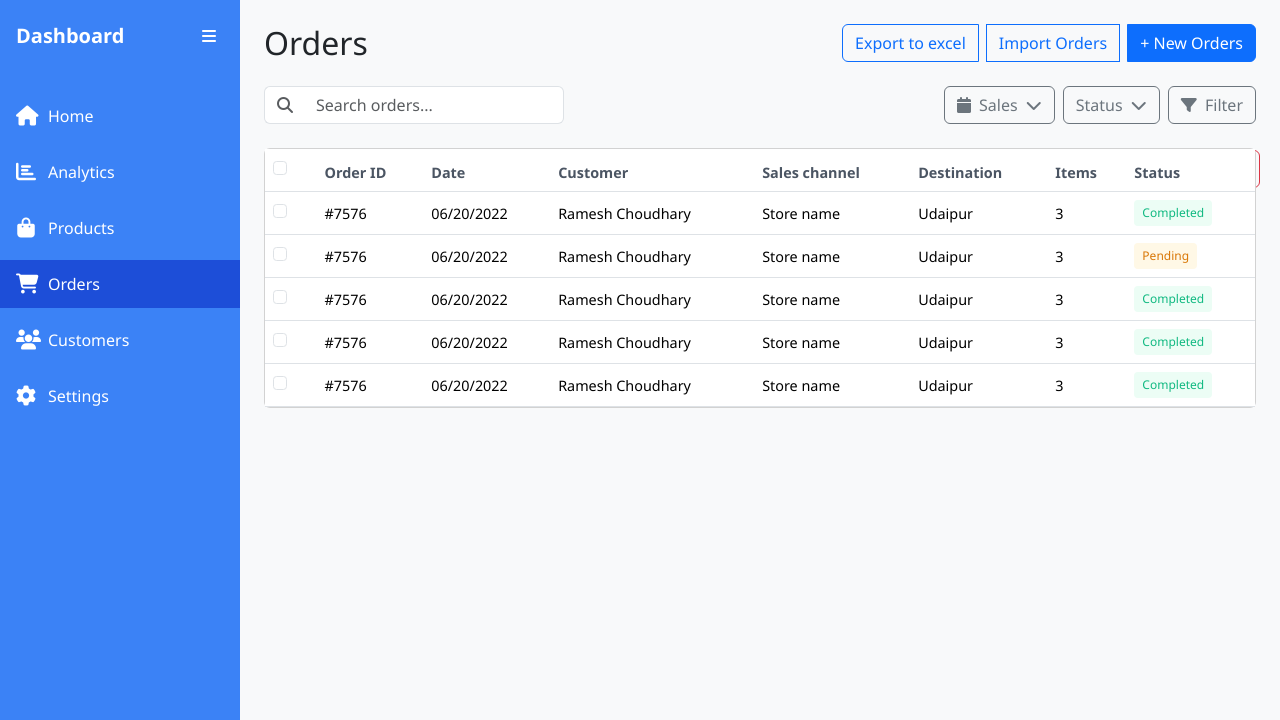
Repository: AditiAjitSalvi/Inventory_Managment
Page: Inventory_Managment_System/Inventory/src/main/webapp/Order.html
These files come from the project's save history. The page is drawn as it stood at one moment and after the next save; the edit follows.
The browser window is 1280 px wide. The pictures show the whole page.

Above is the page before, as saved 2025-05-22 16:02:16.
Console error: TypeError: Cannot read properties of null (reading 'getContext')

### Inventory_Managment_System/Inventory/src/main/webapp/Order.html

<!DOCTYPE html>
<html lang="en">
<head>
<meta charset="UTF-8">
<meta name="viewport" content="width=device-width, initial-scale=1.0">
<title>Orders</title>
<!-- Bootstrap CSS -->
<link
	href="https://cdn.jsdelivr.net/npm/bootstrap@5.3.2/dist/css/bootstrap.min.css"
	rel="stylesheet">
<!-- Font Awesome for icons -->
<link rel="stylesheet"
	href="https://cdnjs.cloudflare.com/ajax/libs/font-awesome/6.4.2/css/all.min.css">
<!-- Custom CSS -->
<style>
/* Main Layout */
body {
	margin: 0;
	padding: 0;
	background-color: #f8f9fa;
	font-family: 'Segoe UI', Tahoma, Geneva, Verdana, sans-serif;
}

.dashboard-container {
	display: flex;
	min-height: 100vh;
}

/* Sidebar Styles */
.sidebar {
	width: 240px;
	background-color: #3b82f6; /* Blue 600 equivalent */
	color: white;
	transition: all 0.3s ease-in-out;
	display: flex;
	flex-direction: column;
}

.sidebar.collapsed {
	width: 64px;
}

.sidebar-header {
	display: flex;
	justify-content: space-between;
	align-items: center;
	padding: 16px;
}

.sidebar-title {
	font-size: 1.25rem;
	font-weight: bold;
	margin: 0;
}

.sidebar-toggle {
	background: transparent;
	border: none;
	color: white;
	cursor: pointer;
	padding: 8px;
}

.sidebar-toggle:hover {
	background-color: rgba(255, 255, 255, 0.1);
	border-radius: 4px;
}

.sidebar-menu {
	display: flex;
	flex-direction: column;
	padding-top: 16px;
}

.sidebar-link {
	display: flex;
	align-items: center;
	padding: 12px 16px;
	text-decoration: none;
	color: white;
	margin: 4px 0;
	transition: background-color 0.2s;
}

.sidebar-link:hover {
	background-color: #2563eb; /* Blue 700 equivalent */
	color: white;
}

.sidebar-link.active {
	background-color: #1d4ed8; /* Blue 800 equivalent */
	color: white;
}

.sidebar-link i {
	font-size: 1.25rem;
	width: 20px;
	text-align: center;
}

.sidebar-link .link-text {
	margin-left: 12px;
	white-space: nowrap;
}

.sidebar.collapsed .sidebar-title, .sidebar.collapsed .link-text {
	display: none;
}

/* Main Content */
.main-content {
	flex: 1;
	padding: 24px;
	overflow-y: auto;
}

/* Stat Cards */
.stat-card {
	border-radius: 8px;
	border: 1px solid rgba(0, 0, 0, 0.125);
	box-shadow: 0 1px 3px rgba(0, 0, 0, 0.1);
}

.stat-icon {
	font-size: 1.25rem;
	color: #6b7280; /* Text muted equivalent */
}

.stat-title {
	font-size: 0.875rem;
	color: #6b7280; /* Text muted equivalent */
	margin-bottom: 4px;
}

.stat-value {
	font-size: 1.5rem;
	font-weight: bold;
	margin: 0;
}

/* Chart Container */
.chart-container {
	height: 320px;
	width: 100%;
}

/* Product Visualization */
.product-visualization {
	height: 256px;
	background-color: #312e81; /* Indigo 950 equivalent */
	border-radius: 50%;
}

/* Status Badges */
.status {
	padding: 4px 8px;
	border-radius: 4px;
	font-size: 0.75rem;
	font-weight: 500;
	display: inline-block;
	text-align: center;
}

.status.pending {
	background-color: #fff8e6;
	color: #d97706; /* Amber 500 equivalent */
}

.status.urgent {
	background-color: #fef2f2;
	color: #ef4444; /* Red 500 equivalent */
}

.status.completed {
	background-color: #ecfdf5;
	color: #10b981; /* Green 500 equivalent */
}

/* Orders Page Styles */
.orders-container {
	max-width: 100%;
	margin: 0 auto;
}

.search-wrapper {
	width: 300px;
}

.order-table {
	font-size: 0.9rem;
}

.order-table th {
	font-weight: 600;
	color: #4b5563;
	border-bottom-width: 1px;
}

.order-table td {
	vertical-align: middle;
}

.order-table .form-check {
	margin: 2;
}

/* Responsive Adjustments */
@media ( max-width : 768px) {
	.sidebar {
		width: 64px;
	}
	.sidebar .sidebar-title, .sidebar .link-text {
		display: none;
	}
	.main-content {
		padding: 16px;
	}
	.orders-container .btn-group {
		display: flex;
		flex-direction: column;
	}
	.orders-container .btn-group .btn {
		margin-bottom: 8px;
		margin-right: 0 !important;
	}
	.search-wrapper {
		width: 100%;
		margin-bottom: 16px;
	}
}
.action-buttons {
    position: absolute;
    right: 20px;
    top: 150px; /* Adjust this if needed */
    display: flex;
    gap: 10px;
}
@media ( max-width : 992px) {
	.orders-container .d-flex {
		flex-direction: column;
	}
	.orders-container .d-flex .btn {
		margin-bottom: 8px;
	}
}
.card:hover {
  transform: translateY(-5px);
  box-shadow: 0 10px 20px rgba(0, 0, 0, 0.1);
  transition: 0.3s ease;
}

</style>
</head>
<body>
	<div class="dashboard-container">
		<!-- Sidebar -->
		<div class="sidebar" id="sidebar">
			<div class="sidebar-header">
				<h2 class="sidebar-title">Dashboard</h2>
				<button class="btn sidebar-toggle" id="sidebarToggle">
					<i class="fa fa-bars"></i>
				</button>
			</div>
			<div class="sidebar-menu">
				<a href="index.html" class="sidebar-link"> <i class="fa fa-home"></i>
					<span class="link-text">Home</span>
				</a> <a href="#" class="sidebar-link"> <i class="fa fa-chart-bar"></i>
					<span class="link-text">Analytics</span>
				</a> <a href="#" class="sidebar-link"> <i class="fa fa-shopping-bag"></i>
					<span class="link-text">Products</span>
				</a> <a href="orders.html" class="sidebar-link active"> <i
					class="fa fa-shopping-cart"></i> <span class="link-text">Orders</span>
				</a> <a href="#" class="sidebar-link"> <i class="fa fa-users"></i> <span
					class="link-text">Customers</span>
				</a> <a href="#" class="sidebar-link"> <i class="fa fa-cog"></i> <span
					class="link-text">Settings</span>
				</a>
			</div>
		</div>

		<!-- Main Content -->
		<div class="main-content">
			<div class="orders-container">
				<div class="d-flex justify-content-between align-items-center mb-4">
					<h2 class="m-0">Orders</h2>
					<div class="btn-group">
						<button class="btn btn-outline-primary me-2">Export to
							excel</button>
						<button class="btn btn-outline-primary me-2">Import
							Orders</button>
						<button class="btn btn-primary">+ New Orders</button>
					</div>
				</div>

				<div class="d-flex justify-content-between align-items-center mb-4">
					<div class="search-wrapper">
						<div class="input-group">
							<span class="input-group-text bg-white border-end-0"> <i
								class="fa fa-search text-muted"></i>
							</span> <input type="text" class="form-control border-start-0"
								placeholder="Search orders...">
						</div>
					</div>
					<div class="d-flex">
						<button class="btn btn-outline-secondary me-2">
							<i class="fa fa-calendar me-1"></i> <span>Sales</span> <i
								class="fa fa-chevron-down ms-1"></i>
						</button>
						<button class="btn btn-outline-secondary me-2">
							<span>Status</span> <i class="fa fa-chevron-down ms-1"></i>
						</button>
						<button class="btn btn-outline-secondary">
							<i class="fa fa-filter me-1"></i> <span>Filter</span>
						</button>
					</div>
				</div>
				<div class="action-buttons">
					<button class="btn btn-outline-primary me-2">
						<i class="fa fa-edit me-1"></i> <span>Update</span>
					</button>
					<button class="btn btn-outline-danger">
						<i class="fa fa-trash me-1"></i> <span>Delete</span>
					</button>
				</div>


				<div class="card">
					<div class="card-body p-0">
						<div class="table-responsive">
							<table class="table order-table mb-0">
								<thead>
									<tr>
										<th>
											<div class="form-check">
												<input class="form-check-input" type="checkbox"
													id="selectAll"> <label class="form-check-label"
													for="selectAll"></label>
											</div>
										</th>
										<th>Order ID</th>
										<th>Date</th>
										<th>Customer</th>
										<th>Sales channel</th>
										<th>Destination</th>
										<th>Items</th>
										<th>Status</th>
									</tr>
								</thead>
								<tbody>
									<tr>
										<td>
											<div class="form-check">
												<input class="form-check-input" type="checkbox"> <label
													class="form-check-label"></label>
											</div>
										</td>
										<td>#7576</td>
										<td>06/20/2022</td>
										<td>Ramesh Choudhary</td>
										<td>Store name</td>
										<td>Udaipur</td>
										<td>3</td>
										<td><span class="status completed">Completed</span></td>
									</tr>
									<tr>
										<td>
											<div class="form-check">
												<input class="form-check-input" type="checkbox"> <label
													class="form-check-label"></label>
											</div>
										</td>
										<td>#7576</td>
										<td>06/20/2022</td>
										<td>Ramesh Choudhary</td>
										<td>Store name</td>
										<td>Udaipur</td>
										<td>3</td>
										<td><span class="status pending">Pending</span></td>
									</tr>
									<tr>
										<td>
											<div class="form-check">
												<input class="form-check-input" type="checkbox"> <label
													class="form-check-label"></label>
											</div>
										</td>
										<td>#7576</td>
										<td>06/20/2022</td>
										<td>Ramesh Choudhary</td>
										<td>Store name</td>
										<td>Udaipur</td>
										<td>3</td>
										<td><span class="status completed">Completed</span></td>
									</tr>
									<tr>
										<td>
											<div class="form-check">
												<input class="form-check-input" type="checkbox"> <label
													class="form-check-label"></label>
											</div>
										</td>
										<td>#7576</td>
										<td>06/20/2022</td>
										<td>Ramesh Choudhary</td>
										<td>Store name</td>
										<td>Udaipur</td>
										<td>3</td>
										<td><span class="status completed">Completed</span></td>
									</tr>
									<tr>
										<td>
											<div class="form-check">
												<input class="form-check-input" type="checkbox"> <label
													class="form-check-label"></label>
											</div>
										</td>
										<td>#7576</td>
										<td>06/20/2022</td>
										<td>Ramesh Choudhary</td>
										<td>Store name</td>
										<td>Udaipur</td>
										<td>3</td>
										<td><span class="status completed">Completed</span></td>
									</tr>
								</tbody>
							</table>
						</div>
					</div>
				</div>
			</div>
		</div>
	</div>

	<!-- Bootstrap Bundle with Popper -->
	<script
		src="https://cdn.jsdelivr.net/npm/bootstrap@5.3.2/dist/js/bootstrap.bundle.min.js"></script>
	<!-- Custom JS -->

	<script>
 // Wait for the DOM to be fully loaded
    document.addEventListener('DOMContentLoaded', function() {
        // Sidebar toggle functionality
        const sidebarToggle = document.getElementById('sidebarToggle');
        const sidebar = document.getElementById('sidebar');

        sidebarToggle.addEventListener('click', function() {
            sidebar.classList.toggle('collapsed');
        });

        // Check if we're on mobile
        function checkMobile() {
            if (window.innerWidth < 768) {
                sidebar.classList.add('collapsed');
            } else {
                sidebar.classList.remove('collapsed');
            }
        }

        // Initial check
        checkMobile();

        // Listen for window resize
        window.addEventListener('resize', checkMobile);

        // Initialize Sales Chart
        const salesChartCtx = document.getElementById('salesChart').getContext('2d');
        const salesChart = new Chart(salesChartCtx, {
            type: 'bar',
            data: {
                labels: ['Jan', 'Feb', 'Mar', 'Apr'],
                datasets: [
                    {
                        label: 'Previous',
                        data: [65, 75, 85, 90],
                        backgroundColor: '#FFD700', // Gold color
                    },
                    {
                        label: 'Current',
                        data: [80, 65, 70, 75],
                        backgroundColor: '#6366F1', // Indigo color
                    }
                ]
            },
            options: {
                responsive: true,
                maintainAspectRatio: false,
                scales: {
                    y: {
                        beginAtZero: true,
                        grid: {
                            drawBorder: false,
                            color: 'rgba(200, 200, 200, 0.2)',
                        }
                    },
                    x: {
                        grid: {
                            display: false
                        }
                    }
                },
                plugins: {
                    legend: {
                        position: 'top',
                    }
                }
            }
        });
    });
    document.addEventListener('DOMContentLoaded', function() {
        // Select all checkbox functionality
        const selectAllCheckbox = document.getElementById('selectAll');
        if (selectAllCheckbox) {
            selectAllCheckbox.addEventListener('change', function() {
                const checkboxes = document.querySelectorAll('table .form-check-input');
                checkboxes.forEach(checkbox => {
                    checkbox.checked = selectAllCheckbox.checked;
                });
            });
        }

        // Individual checkbox change handler
        const checkboxes = document.querySelectorAll('table .form-check-input:not(#selectAll)');
        checkboxes.forEach(checkbox => {
            checkbox.addEventListener('change', function() {
                const allChecked = Array.from(checkboxes).every(cb => cb.checked);
                const someChecked = Array.from(checkboxes).some(cb => cb.checked);

                if (selectAllCheckbox) {
                    selectAllCheckbox.checked = allChecked;
                    selectAllCheckbox.indeterminate = someChecked && !allChecked;
                }
            });
        });

        // Search functionality
        const searchInput = document.querySelector('.search-wrapper input');
        if (searchInput) {
            searchInput.addEventListener('input', function() {
                const searchText = searchInput.value.toLowerCase();
                const rows = document.querySelectorAll('tbody tr');

                rows.forEach(row => {
                    const text = row.textContent.toLowerCase();
                    if (text.includes(searchText)) {
                        row.style.display = '';
                    } else {
                        row.style.display = 'none';
                    }
                });
            });
        }
    });
    </script>
</body>
</html>

After the next save:
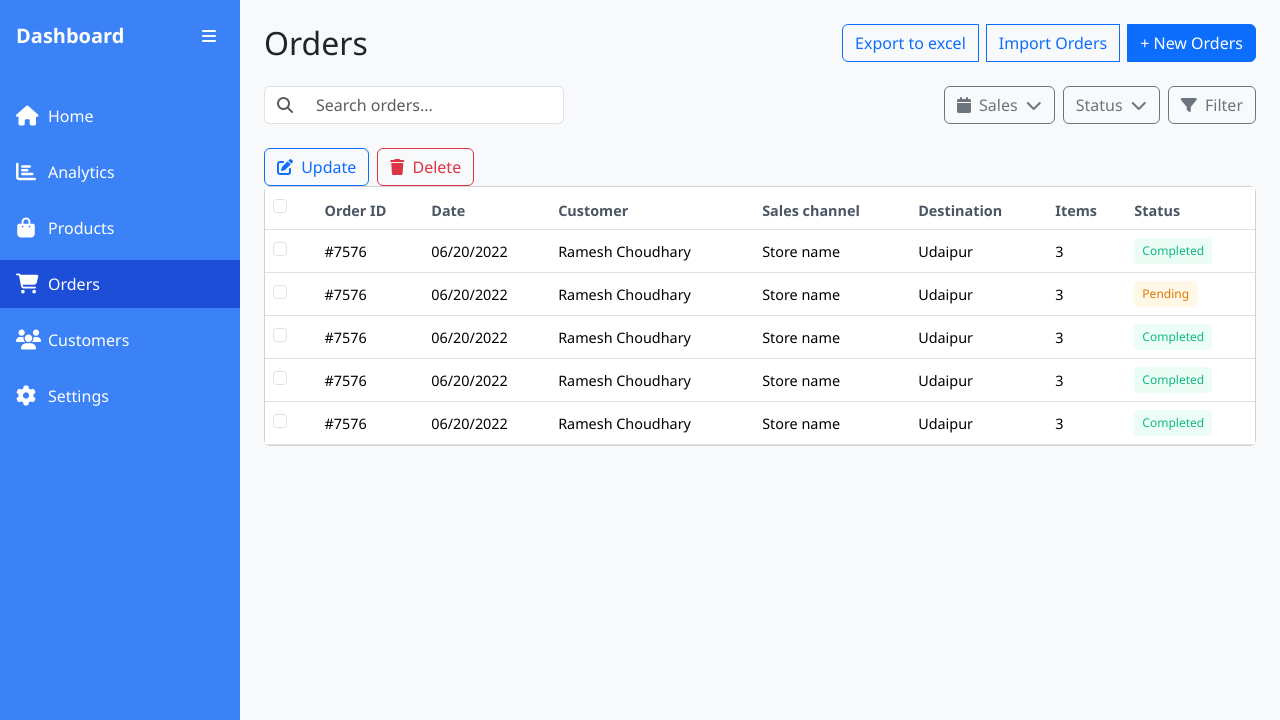
Saved 35 s later.
--- a/Inventory_Managment_System/Inventory/src/main/webapp/Order.html
+++ b/Inventory_Managment_System/Inventory/src/main/webapp/Order.html
@@ -315,7 +315,7 @@ body {
 						</button>
 					</div>
 				</div>
-				<div class="action-buttons">
+				<div class="d-flex">
 					<button class="btn btn-outline-primary me-2">
 						<i class="fa fa-edit me-1"></i> <span>Update</span>
 					</button>
